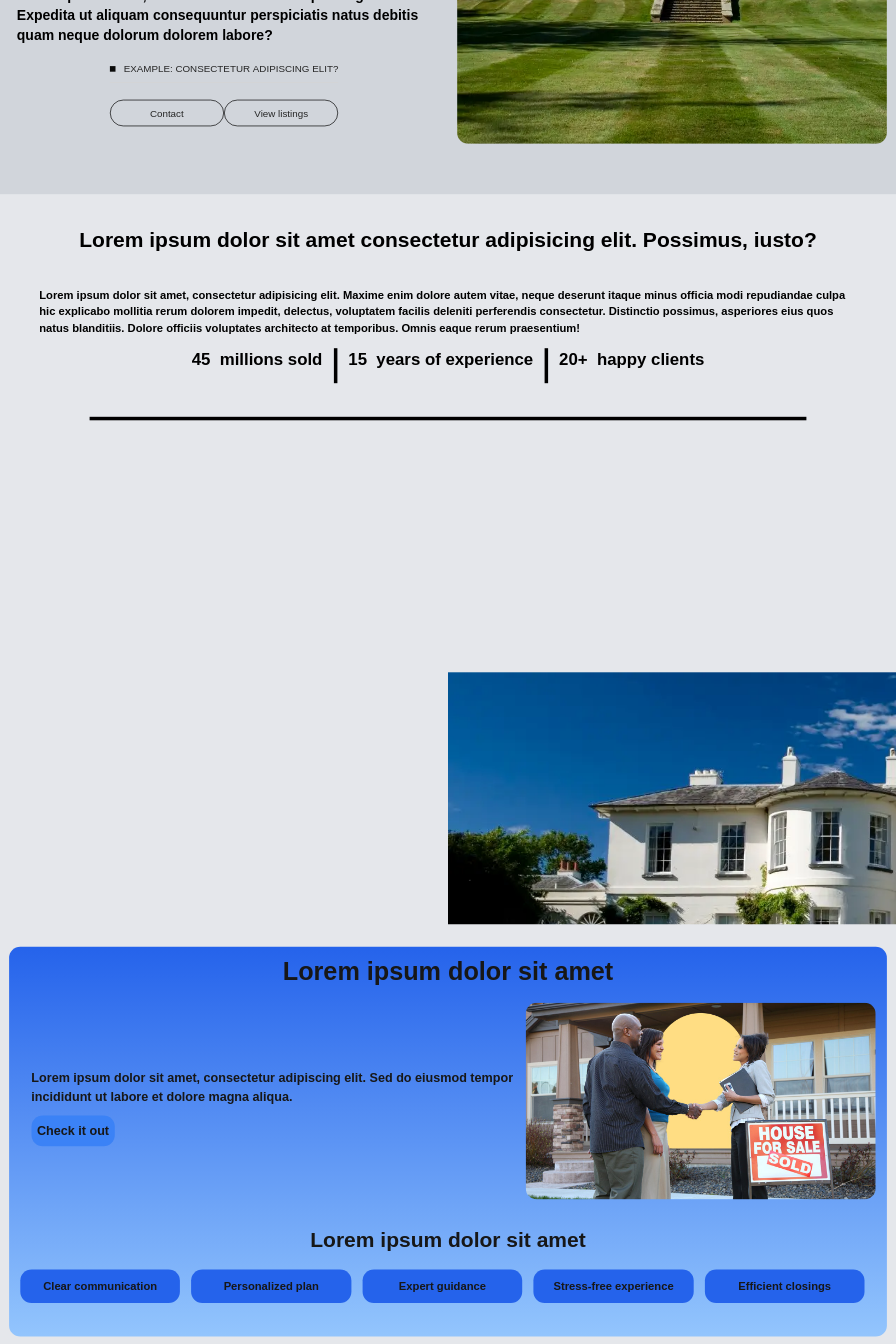
Repository: TMuse333/single-page-real-estate
Page: / (app in frontend/)
The author's editor kept a copy of each file at every save. The page is drawn from the files as they stood at one save, then again after the next save.
The browser window is 1280 px wide. The pictures show the part of the page from y = 378 to 2298 px (the page is 6112 px tall), at 70% of full size.
The project was rebuilt for these pictures with package versions that can differ from the ones it lists, and the page was loaded fresh each time. The framework's server and built-in components were replaced by stand-ins that run in the browser. Also part of the build but not shown: frontend/next.config.mjs.

Above is the page before, as saved 2024-12-05 15:55:17.

After the next save:
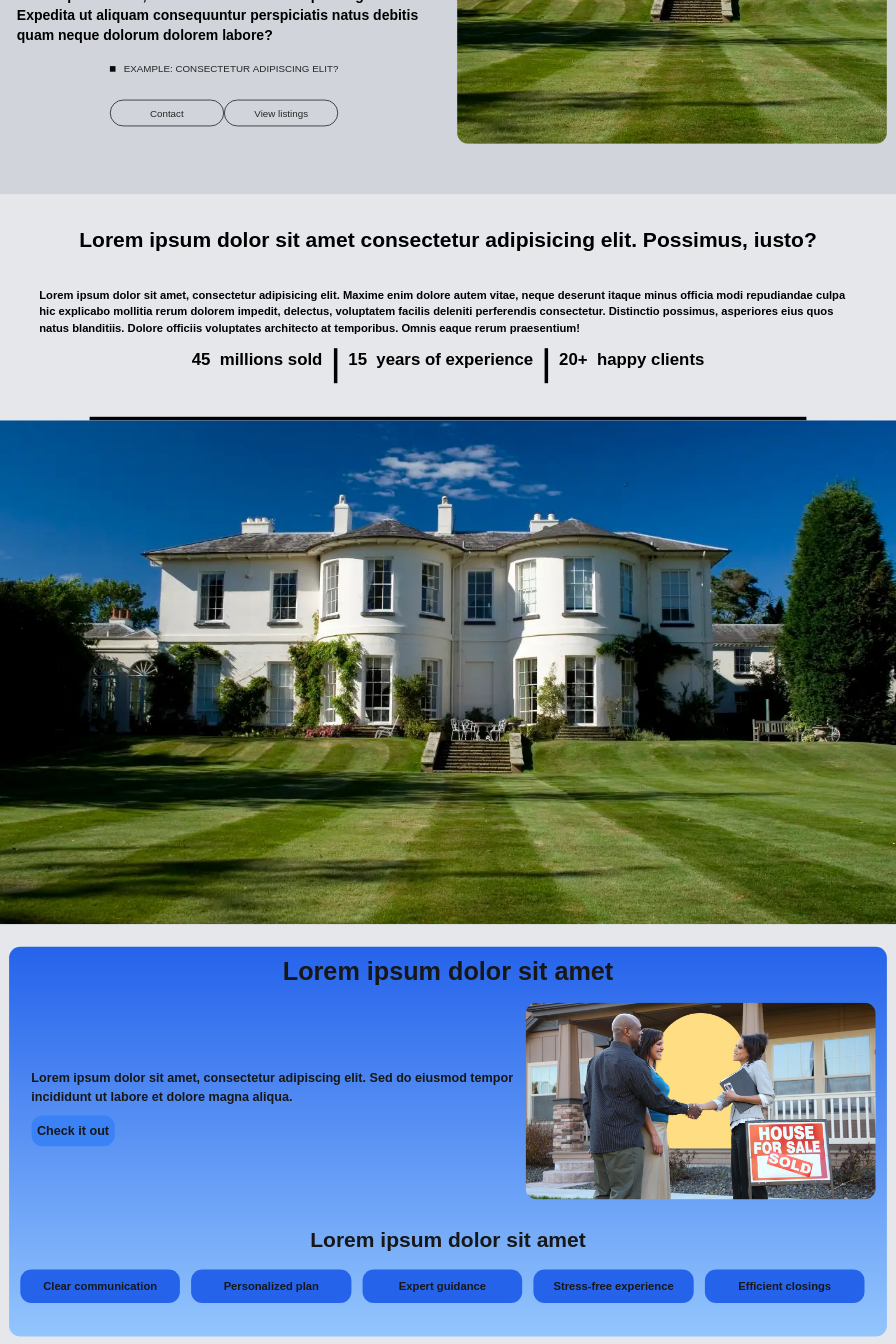
Saved 14 s later.
--- a/frontend/src/components/scaleImage/scaleImage.tsx
+++ b/frontend/src/components/scaleImage/scaleImage.tsx
@@ -28,7 +28,7 @@ const ScaleImage: React.FC<Props> = ({ src, alt }) => {
         style={{
           scale, // Bind the scale transform to the scroll progress
         }}
-        className="absolute w-full h-full left-1/2 top-1/2 transform -translate-x-1/2 -translate-y-1/2"
+        className="absolute w-full h-full "
       >
         <Image
           src={src}
